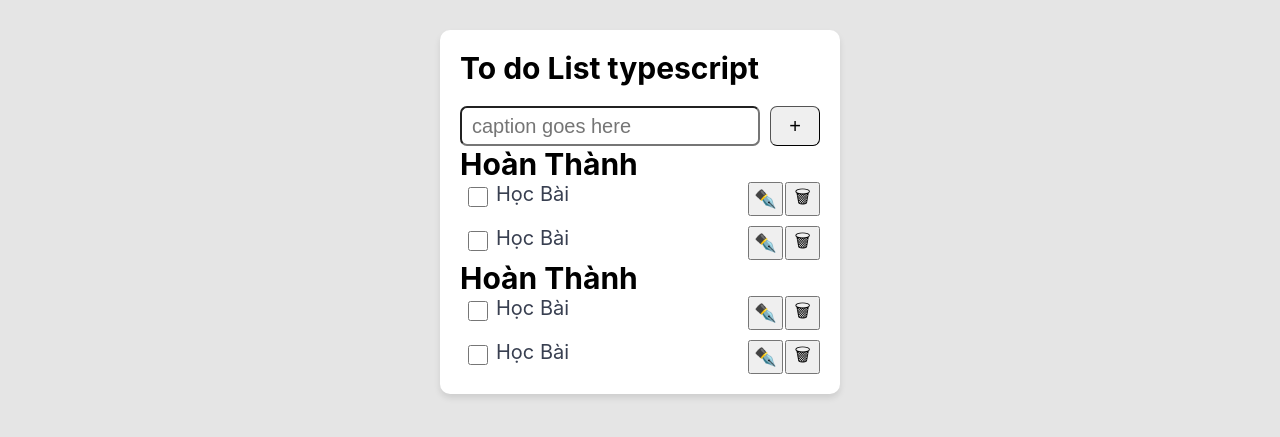
Repository: hungdomanh95/focus
Page: /
An editor plug-in stored every save of this project. The page is shown before and after the next save, followed by the edit.
The browser window is 1280 px wide. The pictures show the whole page.
The project was rebuilt for these pictures with package versions that can differ from the ones it lists, and the page was loaded fresh each time.

Above is the page before, as saved 2023-04-06 23:44:39.

### src/index.css
*{
 margin:0;
 padding:0;
 box-sizing: border-box;
}
html{
  font-size: 10px;
  --font-size:2rem
}
body {
  margin: 0;
  font-size: var(--font-size);
  font-family: -apple-system, BlinkMacSystemFont, 'Segoe UI', 'Roboto', 'Oxygen',
    'Ubuntu', 'Cantarell', 'Fira Sans', 'Droid Sans', 'Helvetica Neue',
    sans-serif;
  -webkit-font-smoothing: antialiased;
  -moz-osx-font-smoothing: grayscale;
  background-color: #e5e5e5;
}
input, button{
  font-size: var(--font-size);
  outline: 0;
}
code {
  font-family: source-code-pro, Menlo, Monaco, Consolas, 'Courier New',
    monospace;
}

### src/App.tsx
import React, { useState } from "react";
import PushNotification from "./components/PushNotification";
import TodoList from "./components/TodoList";
function App() {

  return (
    <div className="App">
      {/* <PushNotification/> */}
      <TodoList/>
    </div>
  );
}

export default App;

### src/components/TodoList/index.ts
import TodoList from "./TodoList";

export default TodoList

### src/components/TodoList/TodoList.tsx
import React, { useState } from 'react'
import { Todo } from '../../@types/todo.type'
import TaskInput from '../TaskInput'
import TaskList from '../TaskList'
import styles from './todoList.module.scss'
function TodoList() {
  const [todos, setTodos] = useState<Todo[]>([])

  const doneTodos = todos.filter((todo) => todo.done)
  const notDoneTodos = todos.filter((todo) => !todo.done)

  const addTodo = (name: string) => {
    const todo: Todo = {
      name,
      done: false,
      id: new Date().toISOString()
    }
    setTodos((prev) => [...prev, todo])
  }

  const handleDoneTodo = (id: string, done: boolean) => {
    setTodos((prev) => {
      return prev.map((item) => {
        if (item.id === id) {
          return { ...item, done }
        }
        return item
      })
    })
  }
  console.log('todos: ', todos)

  return (
    <div className={styles.todoList}>
      <div className={styles.todoListContainer}>
        <TaskInput addTodo={addTodo} />
        <TaskList todos={notDoneTodos} handleDoneTodo={handleDoneTodo} />
        <TaskList doneTaskList todos={doneTodos} handleDoneTodo={handleDoneTodo} />
      </div>
    </div>
  )
}

export default TodoList

### src/components/TaskInput/index.ts
import TaskInput from "./TaskInput";

export default TaskInput

### src/components/TaskList/index.ts
import TaskList from "./TaskList";

export default TaskList

### src/components/TodoList/todoList.module.scss
.todoList{
  padding:3rem
}
.todoListContainer{
  background-color: #fff;
  max-width: 40rem;
  padding:2rem;
  margin-left: auto;
  margin-right: auto;
  border-radius: 1rem;
  box-shadow: 0px 4px 6px rgba(0,0,0,0.1);
}

### src/components/TaskInput/TaskInput.tsx
import React from 'react'
import styles from "./taskInput.module.scss"
function TaskInput() {
  return (
    <div>
      <h1 className={styles.title}>
        To do List typescript
      </h1>
      <form className={styles.form}>
        <input type="text" placeholder='caption goes here' />
        <button type="submit" >+</button>
      </form>
    </div>
  )
}

export default TaskInput

### src/components/TaskList/TaskList.tsx
import React from 'react'
import styles from './taskList.module.scss'
function TaskList() {
  return (
    <div>
      <h2 className='styles.title'>Hoàn Thành</h2>
      <div className={styles.tasks}>
        <div className={styles.task}>
          <input type='checkbox' className={styles.taskCheckbox} />
          <span className={styles.taskName}>Học Bài</span>
          <div className={styles.taskAction}>
            <button className={styles.taskBtn}>✒️</button>
            <button className={styles.taskBtn}>🗑</button>
          </div>
        </div>
        <div className={styles.task}>
          <input type='checkbox' className={styles.taskCheckbox} />
          <span className={styles.taskName}>Học Bài</span>
          <div className={styles.taskAction}>
            <button className={styles.taskBtn}>✒️</button>
            <button className={styles.taskBtn}>🗑</button>
          </div>
        </div>
      </div>
    </div>
  )
}

export default TaskList

### src/components/TaskInput/taskInput.module.scss
.title {
  font-size: 3rem;
  margin-bottom: 2rem;
}
.form {
  display: flex;
  align-items: center;
  input {
    height: 4rem;
    flex-grow: 1;
    margin-right: 1rem;
    border-radius: 0.7rem;
    padding: 0 1rem;
    border-width: 2px;
  }
  button {
    flex-shrink: 0;
    width: 5rem;
    height: 4rem;
    border-radius: 0.7rem;
    display: flex;
    justify-content: center;
    align-items: center;
    padding: 0;
    border-width: 1px;
  }
}

### src/components/TaskList/taskList.module.scss

.title{
  margin-bottom: 2rem;
}
.task{
  display: flex;
  align-items: flex-start;
  &:not(:last-child){
    margin-bottom: 1rem;
  }
}
.taskCheckbox{
  flex:0 0 10%;
  max-width: 10%;
  height: 2rem;
  margin-top: 0.5rem;
}
.taskName{
  flex:0 0 70%;
  max-width: 70%;
  padding:0 0 0.5rem;
  color:#383f50;
  &.taskNameDone{
    color:#b2b7bb;
    text-decoration: line-through;
  }
}
.taskAction{
  flex:0 0 20%;
  max-width: 20%;
  display: flex;
  justify-content: space-between;
}
.taskBtn{
  flex:0 0 3.5rem;
  max-width: 3.5rem;
  font-size: 1.8rem;
}

Loaded but not shown: public/index.html (common file); src/index.tsx (common file); src/reportWebVitals.ts (common file)

After the next save:
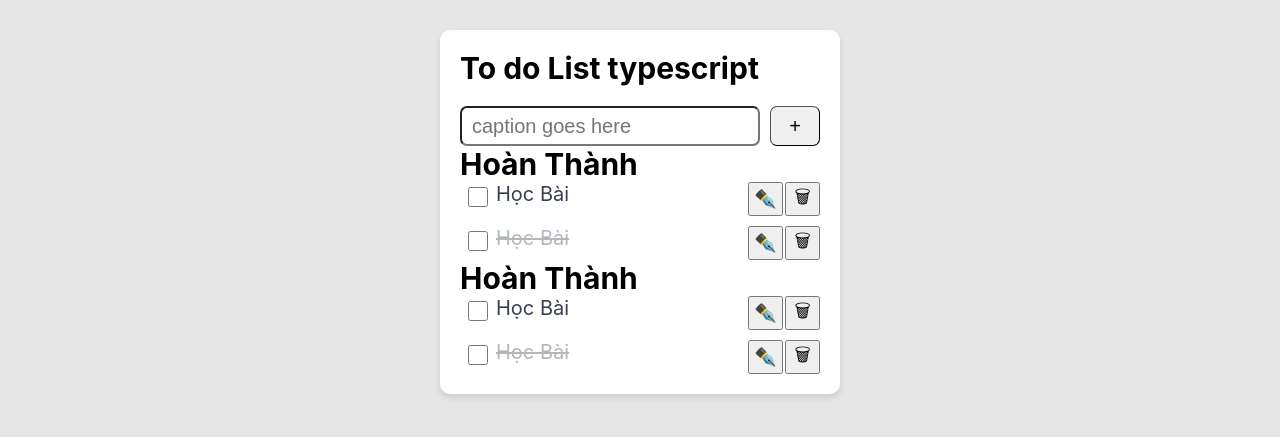
Saved 23 s later.
--- a/src/components/TaskList/TaskList.tsx
+++ b/src/components/TaskList/TaskList.tsx
@@ -15,7 +15,7 @@ function TaskList() {
         </div>
         <div className={styles.task}>
           <input type='checkbox' className={styles.taskCheckbox} />
-          <span className={styles.taskName}>Học Bài</span>
+          <span className={`${styles.taskName} ${styles.taskNameDone}`}>Học Bài</span>
           <div className={styles.taskAction}>
             <button className={styles.taskBtn}>✒️</button>
             <button className={styles.taskBtn}>🗑</button>
